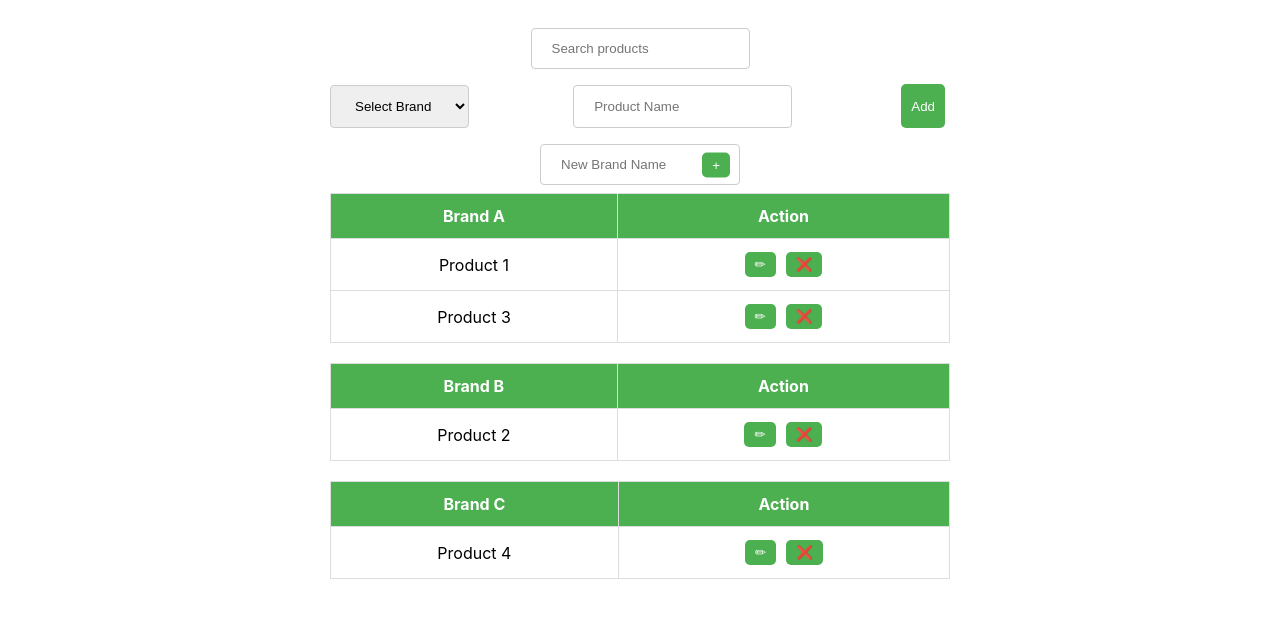
Repository: sunilkc-7/product-manager-app
Page: /
An editor plug-in stored every save of this project. The page is shown before and after the next save, followed by the edit.
The browser window is 1280 px wide. The pictures show the whole page.
The project was rebuilt for these pictures with package versions that can differ from the ones it lists, and the page was loaded fresh each time.

Above is the page before, as saved 2023-08-01 13:52:04.

After the next save:
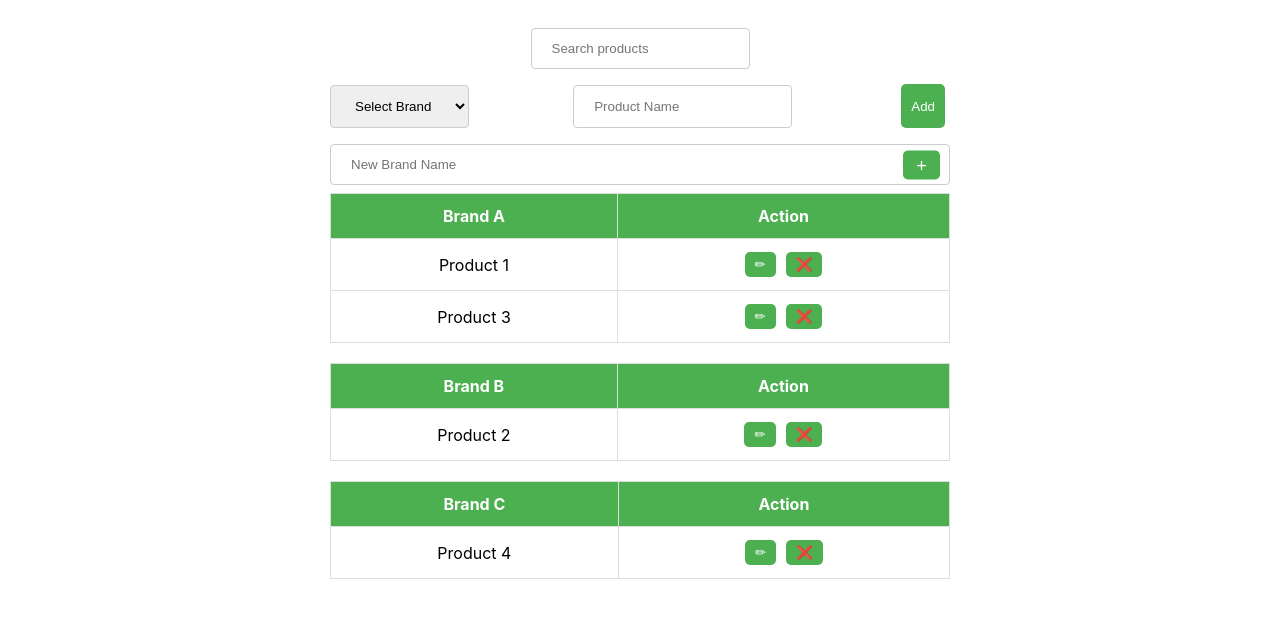
Saved 13 min 2 s later.
--- a/src/App.css
+++ b/src/App.css
@@ -65,7 +65,7 @@
 
 .inputContainer {
   position: relative;
-  width: 200px;
+  width: 50%;
 }
 
 .inputWithButton {
@@ -79,6 +79,9 @@
   right: 10px;
   top: 50%;
   transform: translateY(-50%);
+  height: 29px;
+  width: 37px;
+  font-size: 18px;
 }
 
 .select-container {
